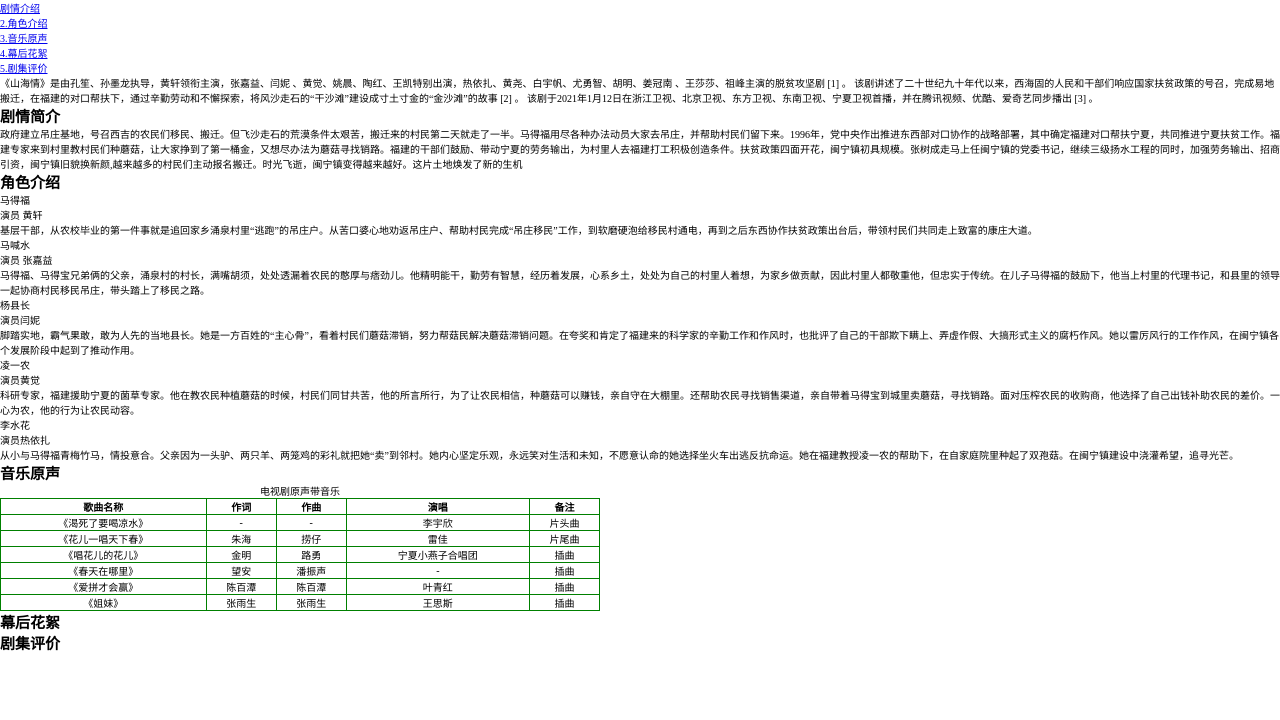
Repository: Lixianlai-2/static-website
Page: index.html
An editor plug-in stored every save of this project. The page is shown before and after the next save, followed by the edit.
The browser window is 1280 px wide. The pictures show the whole page.

Above is the page before, as saved 2021-11-30 20:32:10.

After the next save:
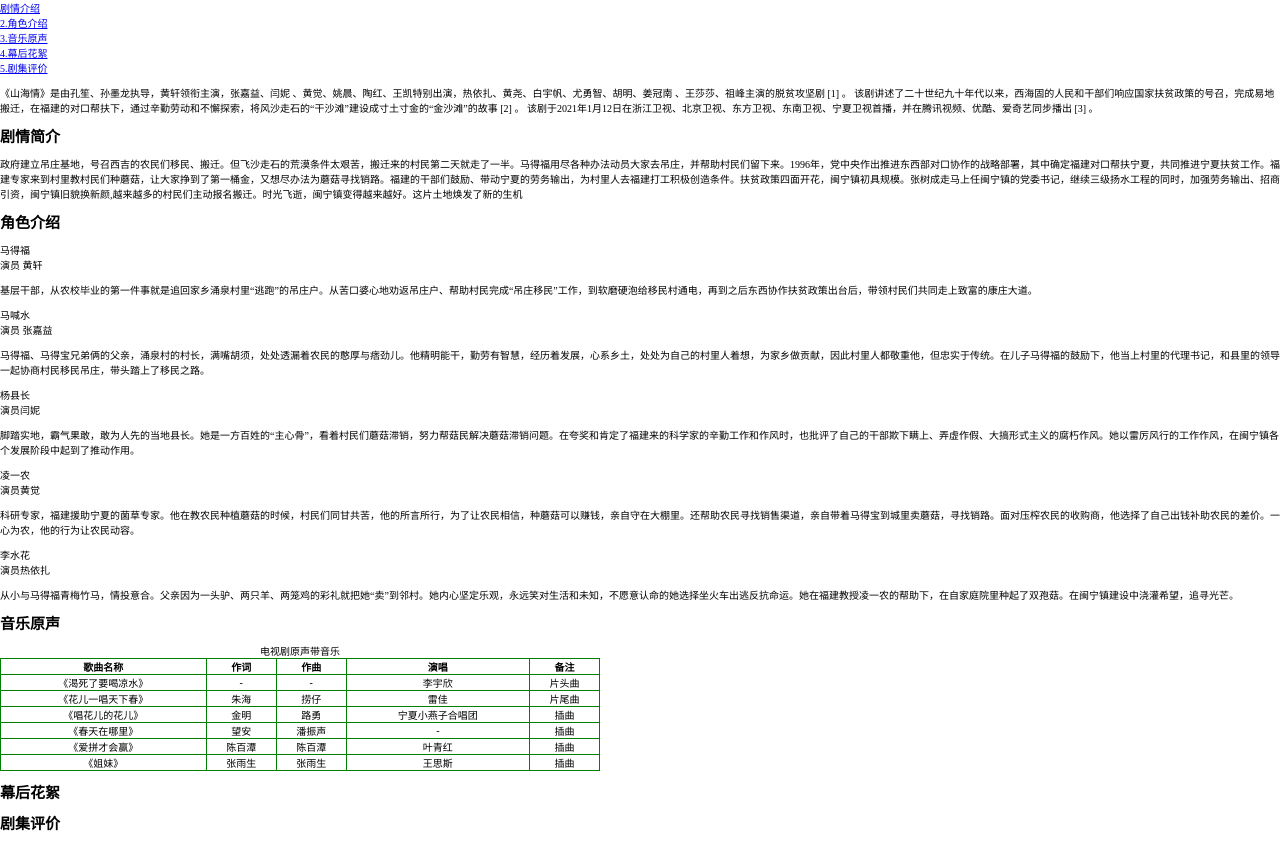
Saved 3 min 26 s later.
--- a/index.html
+++ b/index.html
@@ -19,6 +19,10 @@
 
       body {
         font-size: 10px;
+      }
+      h2,
+      p {
+        margin: 10px 0;
       }
 
       img {
